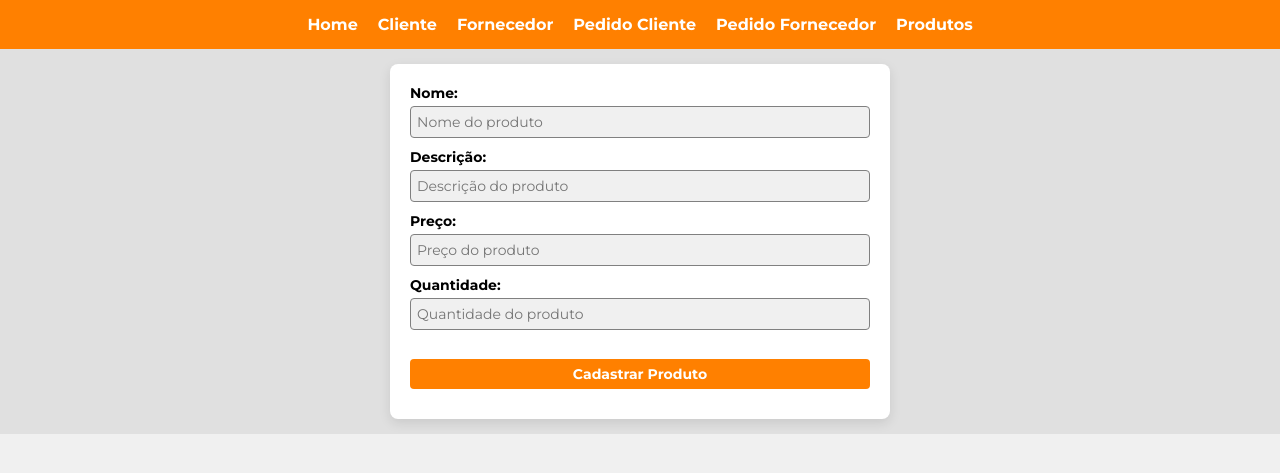
Repository: walterdmp/JavaWeb_BartoBotinas
Page: http://localhost/BartoBotinas/cadastrarProduto.jsp
These files come from the project's save history. The page is drawn as it stood at one moment and after the next save; the edit follows.
The browser window is 1280 px wide. The pictures show the whole page.
The page is served by Tomcat 9. Other server files are loaded and not shown.

Above is the page before, as saved 2024-07-31 18:47:41.

### BartoBotinas/WebContent/cadastrarProduto.jsp
<%@ page language="java" contentType="text/html; charset=UTF-8"
	pageEncoding="UTF-8"%>
<!DOCTYPE html>
<html>
<head>
<link rel="stylesheet" href="css/estilo.css">
<meta charset="UTF-8">
<title>Bartô Botinas - Produtos</title>
</head>
<body>
	<nav class="bartoNav">
		<ul>
			<li><a href="home.jsp">Home</a></li>
			<li><a href="cadastrarCliente.jsp">Cliente</a></li>
			<li><a href="cadastrarFornecedor.jsp">Fornecedor</a></li>
			<li><a href="cadastrarPedidoCliente.jsp">Pedido Cliente</a></li>
			<li><a href="cadastrarPedidoFornecedor.jsp">Pedido
					Fornecedor</a></li>
			<li><a href="cadastrarProdutos.jsp">Produtos</a></li>
		</ul>
	</nav>
	<main class="bartoMain">
		<form action="cadastrarProduto" method="post" class="bartoForm">
			<div>
				<label for="nome"><strong>Nome:</strong></label> <input type="text"
					id="nome" name="nome" placeholder="Nome do produto" required>
			</div>
			<div>
				<label for="descricao"><strong>Descrição:</strong></label> <input
					type="text" id="descricao" name="descricao"
					placeholder="Descrição do produto" required>
			</div>
			<div>
				<label for="preco"><strong>Preço:</strong></label> <input
					type="number" step="0.01" id="preco" name="preco"
					placeholder="Preço do produto" required>
			</div>
			<div>
				<label for="quantidade"><strong>Quantidade:</strong></label> <input
					type="number" id="quantidade" name="quantidade"
					placeholder="Quantidade do produto" required>
			</div>
			<br>
			<div>
				<input id="bartoButton" type="submit" name="salvar"
					value="Cadastrar Produto">
			</div>
		</form>
	</main>
</body>
</html>

### BartoBotinas/WebContent/css/estilo.css
@charset "ISO-8859-1";

@import
	url('https://fonts.googleapis.com/css2?family=Montserrat:ital,wght@0,100;0,200;0,300;0,400;0,500;0,600;0,700;0,800;0,900;1,100;1,200;1,300;1,400;1,500;1,600;1,700;1,800&display=swap')
	;

* {
	margin: 0;
	padding: 0;
	box-sizing: border-box;
	text-decoration: none;
	list-style: none;
	font-family: 'Montserrat', sans-serif;
}

body {
	background-color: #f0f0f0;
}

/* Estilos de Navegação */
.bartoNav {
	width: 100%;
	background-color: #ff8000;
}

.bartoNav ul {
	display: flex;
	flex-direction: row;
	gap: 20px; /* Diminuiu o espaço entre itens */
	justify-content: center;
	padding: 15px; /* Diminuiu o padding */
	color: white;
	font-weight: bold;
}

.bartoNav a {
	color: white;
	transition: color 0.3s ease;
}

.bartoNav a:hover {
	color: #ffe0b3;
}

/* Estilos Principais */
.bartoMain {
	display: flex;
	justify-content: center;
	align-items: center;
	background-color: #e0e0e0;
	width: 100%;
	height: auto; /* Ajuste para a altura do conteúdo */
	padding: 15px; /* Diminuiu o padding */
}

.empresaInfo, .bartoForm, .itensPedidoForm, .fornecedorForm,
	.produtoForm {
	display: flex;
	flex-direction: column;
	padding: 20px; /* Diminuiu o padding */
	width: 100%;
	max-width: 500px; /* Ajustado para tamanho menor */
	background-color: white;
	border-radius: 8px; /* Diminuiu o border-radius */
	box-shadow: 0 4px 12px rgba(0, 0, 0, 0.1); /* Diminuiu o box-shadow */
}

.bartoForm input, .itensPedidoForm input, .fornecedorForm input,
	.produtoForm input, .empresaInfo input {
	border-radius: 4px; /* Diminuiu o border-radius */
	border: 1px solid gray;
	width: 100%;
	padding: 6px; /* Diminuiu o padding */
	background-color: #f0f0f0;
	font-size: 14px; /* Diminuiu o tamanho da fonte */
	transition: background-color 0.3s ease, border-color 0.3s ease;
}

.bartoForm input:focus, .itensPedidoForm input:focus, .fornecedorForm input:focus,
	.produtoForm input:focus {
	background-color: #fff;
	border-color: #ff8000;
	outline: none;
}

.bartoForm div, .itensPedidoForm div, .fornecedorForm div, .produtoForm div
	{
	display: flex;
	flex-direction: column;
	width: 100%;
	margin-bottom: 10px; /* Diminuiu o margin-bottom */
}

.bartoForm label, .itensPedidoForm label, .fornecedorForm label,
	.produtoForm label {
	margin-bottom: 4px; /* Diminuiu o margin-bottom */
	font-weight: 600;
	font-size: 14px; /* Diminuiu o tamanho da fonte */
}

#bartoButton {
	background-color: #ff8000;
	border: none;
	color: white;
	font-weight: bold;
	padding: 6px 12px; /* Diminuiu o padding */
	border-radius: 4px; /* Diminuiu o border-radius */
	cursor: pointer;
	transition: background-color 0.3s ease;
	font-size: 14px; /* Diminuiu o tamanho da fonte */
}

#bartoButton:hover {
	background-color: #cc6600;
}

/* Estilos para a Página da Empresa */
.empresaInfo h1, .itensPedidoForm h1, .fornecedorForm h1, .produtoForm h1
	{
	margin-bottom: 10px; /* Diminuiu o margin-bottom */
	font-size: 20px; /* Diminuiu o tamanho da fonte */
	color: #333;
}

.empresaInfo p {
	margin-bottom: 6px; /* Diminuiu o margin-bottom */
	font-size: 14px; /* Diminuiu o tamanho da fonte */
	color: #666;
}

.empresaInfo p strong {
	color: #333;
}

/* Estilos de Mídia Responsiva */
@media ( max-width : 600px) {
	.bartoNav ul {
		flex-direction: column;
		gap: 8px; /* Diminuiu o espaço entre itens */
	}
	.bartoForm, .empresaInfo, .itensPedidoForm, .fornecedorForm,
		.produtoForm {
		padding: 15px; /* Diminuiu o padding */
		width: 100%;
	}
	.bartoForm input, .itensPedidoForm input, .fornecedorForm input,
		.produtoForm input {
		width: 100%;
	}
}

After the next save:
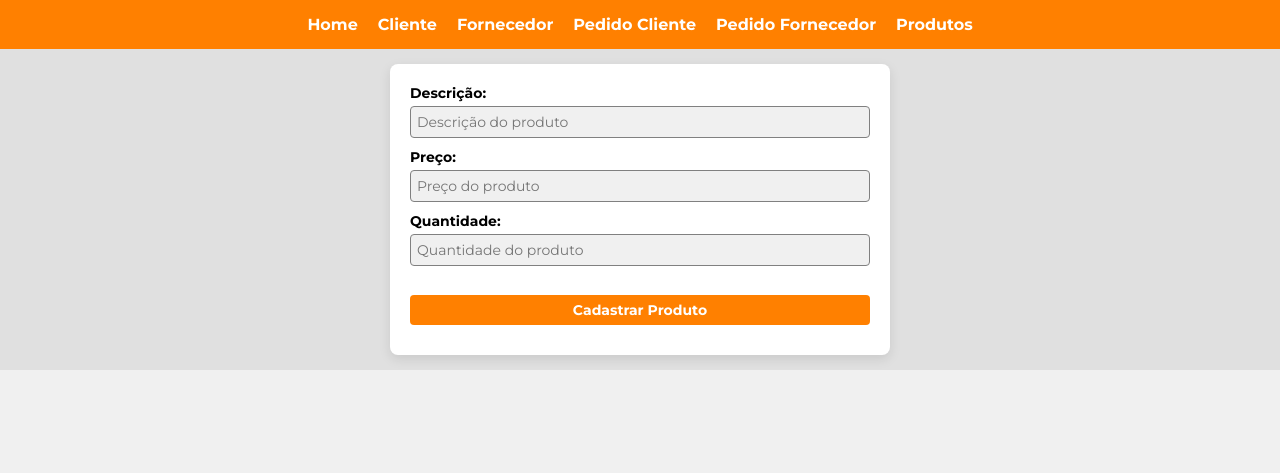
Saved 55 min 0 s later.
--- a/BartoBotinas/WebContent/cadastrarProduto.jsp
+++ b/BartoBotinas/WebContent/cadastrarProduto.jsp
@@ -22,10 +22,6 @@
 	<main class="bartoMain">
 		<form action="cadastrarProduto" method="post" class="bartoForm">
 			<div>
-				<label for="nome"><strong>Nome:</strong></label> <input type="text"
-					id="nome" name="nome" placeholder="Nome do produto" required>
-			</div>
-			<div>
 				<label for="descricao"><strong>Descrição:</strong></label> <input
 					type="text" id="descricao" name="descricao"
 					placeholder="Descrição do produto" required>
